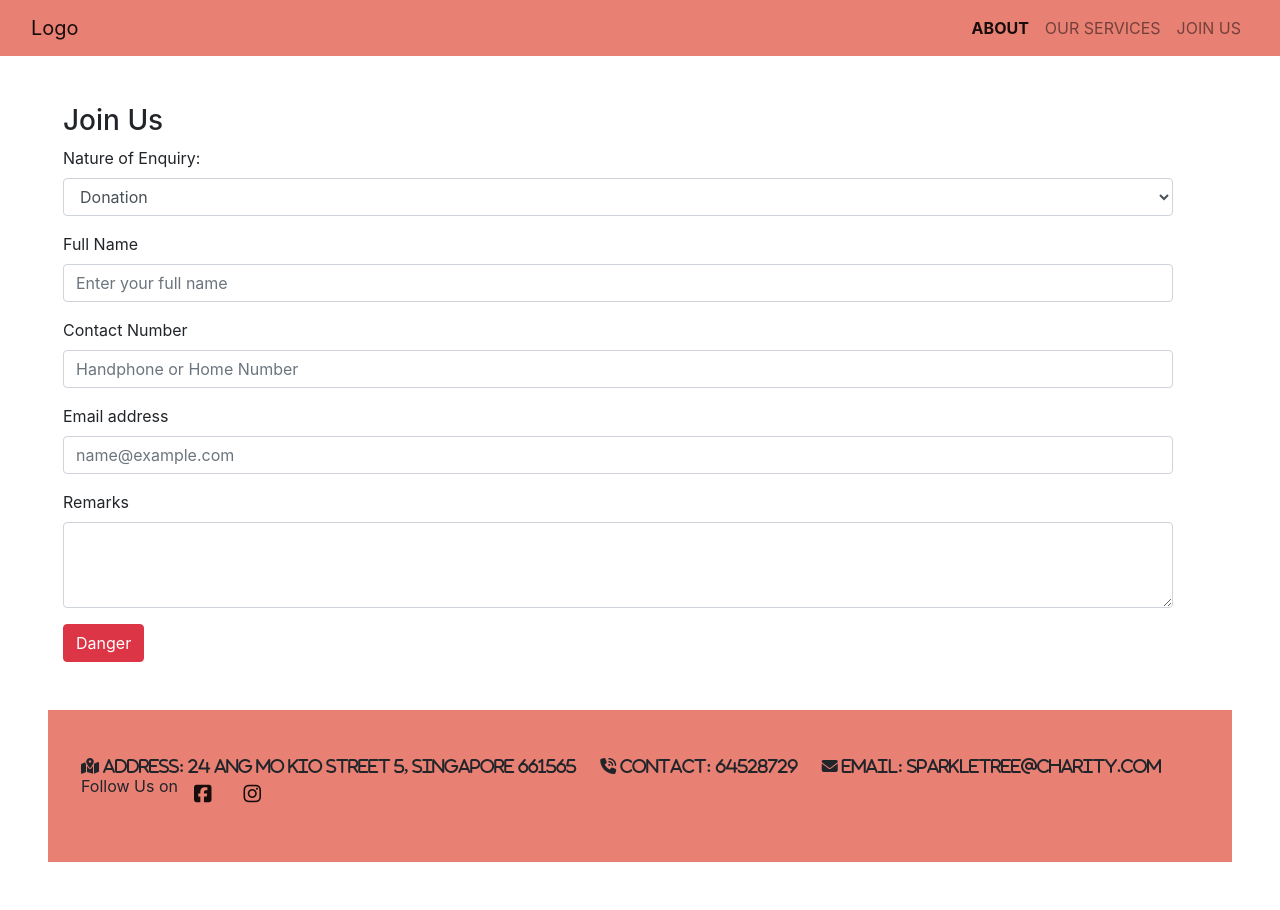
Repository: Code-Institute-Submissions/Jasonngyt-Project1
Page: enquiry.html
The author's editor kept a record of every edit. The page is drawn from the files as they stood at one moment, then again after the next edit.
The browser window is 1280 px wide. The pictures show the whole page.
Some web fonts or font styles are not loaded; a fallback is used. Some web libraries are served in a nearby version.

Above is the page before.

### enquiry.html
<!DOCTYPE html>
<html lang="en">
<head>
    <meta charset="UTF-8">
    <meta name="viewport" content="width=device-width, initial-scale=1.0">
    <meta http-equiv="X-UA-Compatible" content="ie=edge">
    <title>Donation/Volunteer</title>

    <!-- Bootsrap CSS -->
    <link rel="stylesheet" href="https://stackpath.bootstrapcdn.com/bootstrap/4.3.1/css/bootstrap.min.css" integrity="sha384-ggOyR0iXCbMQv3Xipma34MD+dH/1fQ784/j6cY/iJTQUOhcWr7x9JvoRxT2MZw1T" crossorigin="anonymous">

    <!-- Font Awesome -->
    <script src="https://kit.fontawesome.com/749eb0769b.js"></script>

    <!--Google Font -->
    <link href="https://fonts.googleapis.com/css?family=PT+Serif+Caption&display=swap" rel="stylesheet">

    <!-- mystyle.css -->
    <link rel="stylesheet" href="CSSstyle/mystyle.css" type="text/css"/>

</head>
<body>

    <!-- Navbar -->
    <nav class="navbar navbar-expand-md navbar-light sticky-top">
        <div class="container-fluid">
            <a class="navbar-brand" href="index.html">Logo</a>
            <button class="navbar-toggler" type="button" data-toggle="collapse" data-target="#navbarSupportedContent">
                <span class="navbar-toggler-icon"></span>
            </button>

            <div class="collapse navbar-collapse" id="navbarSupportedContent">
                <ul class="navbar-nav ml-auto">
                    <li class="nav-item active">
                        <a class="nav-link nav text-uppercase" href="index.html"><strong>About</strong><span class="sr-only">(current)</span></a>
                    </li>
                    <li class="nav-item">
                        <a class="nav-link text-uppercase" href="services.html">Our Services</a>
                    </li>
                    <li class="nav-item">
                        <a class="nav-link text-uppercase" href="enquiry.html" tabindex="-1">Join Us</a>
                    </li>
                </ul>
            </div>
        </div>
    </nav>

    <!-- Form -->
    <div class="container m-5">
        <div><h3> Join Us </h3></div>
        <form>
            <div class="form-group">
                <label for="EnquiryType">Nature of Enquiry: </label>
                <select class="form-control" id="EnquiryType">
                    <option>Donation</option>
                    <option>Volunter</option>
                    <option>General Enquiries</option>
                </select>
            </div>
            <div class="form-group">
                <label for="formName">Full Name</label>
                <input type="text" class="form-control" id="formName" placeholder="Enter your full name">
            </div>
             <div class="form-group">
                <label for="formContact">Contact Number</label>
                <input type="tel" class="form-control" id="formContact" placeholder="Handphone or Home Number">
            </div>
            <div class="form-group">
                <label for="formEmail">Email address</label>
                <input type="email" class="form-control" id="formEmail" placeholder="name@example.com">
            </div>
            <div class="form-group">
                <label for="formRemarks">Remarks</label>
                <textarea class="form-control" id="formRemarks" rows="3"></textarea>
            </div>
            <button type="button" class="btn btn-danger">Danger</button>
        </form>
    </div>

    <!-- Footer Navbar -->
    <nav class="navbar navbar-light justify-content-center p-5 m-5">
        <div class="row">
            <div class="fas fa-map-marked-alt pr-4"> Address: 24 Ang Mo Kio Street 5, Singapore 661565</div>
            <div class="fas fa-phone-volume pr-4"> Contact: 64528729</div>
            <div class="fas fa-envelope pr-4"> Email: sparkletree@charity.com </div>
            <p class="pr-3">Follow Us on </p>
            <a class="navbar-brand" href="#! pr-4"><i class="fab fa-facebook-square pr-3"></i></a>
            <a class="navbar-brand" href="#!"><i class="fab fa-instagram"></i></a>
        </div>
    </nav>

    <!- Bootstrap Javascript -->
    <script src="https://code.jquery.com/jquery-3.3.1.slim.min.js" integrity="sha384-q8i/X+965DzO0rT7abK41JStQIAqVgRVzpbzo5smXKp4YfRvH+8abtTE1Pi6jizo" crossorigin="anonymous"></script>
    <script src="https://cdnjs.cloudflare.com/ajax/libs/popper.js/1.14.7/umd/popper.min.js" integrity="sha384-UO2eT0CpHqdSJQ6hJty5KVphtPhzWj9WO1clHTMGa3JDZwrnQq4sF86dIHNDz0W1" crossorigin="anonymous"></script>
    <script src="https://stackpath.bootstrapcdn.com/bootstrap/4.3.1/js/bootstrap.min.js" integrity="sha384-JjSmVgyd0p3pXB1rRibZUAYoIIy6OrQ6VrjIEaFf/nJGzIxFDsf4x0xIM+B07jRM" crossorigin="anonymous"></script>
</body>
</html>

### CSSstyle/mystyle.css
.navbar{
    background-color: #E98074;
}
.nav {
    text-transform: uppercase
}

.about_font {
    font-family: 'PT Serif Caption', serif;
}

.about{
    background-color: #EAE7DC;
    padding: 0px;
    margin: 0px;
}

.about_bg {
    position: relative;
    background-image: url("../image/superchild.jpg");
    padding: 0%;
    width: 100%;
    height: 80vh;
    background-position: center;
    background-repeat: no-repeat;
    background-size: cover;
}

.statistic {
    height: 150px;
    background-color: #E85A4F;
    margin: 20px;
    color: white;
    padding: 20px;
}

.services {
    border: 3px #E85A4F solid;
    background-color: #E85A4F;
    color: white;
}

.services_border {
    border: 1px #E85A4F solid;
}

After the next edit:
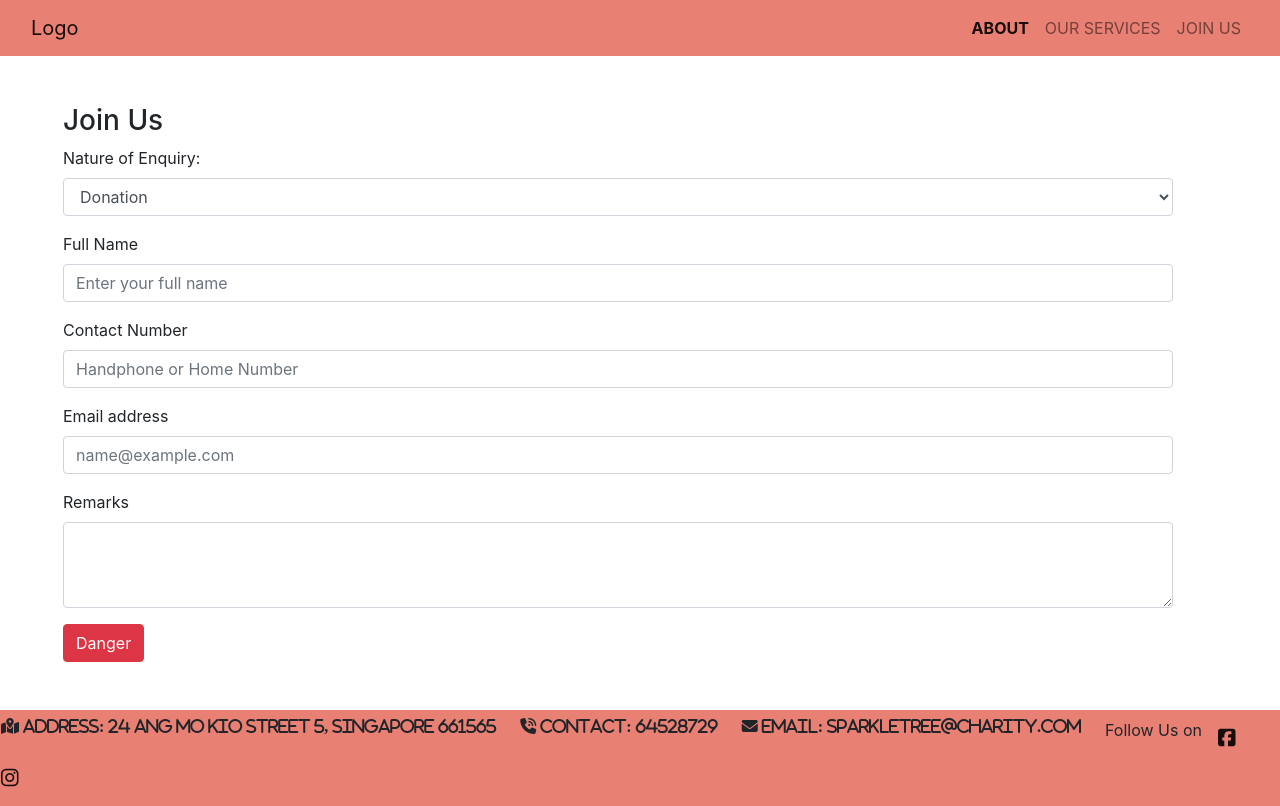
The edit:
--- a/enquiry.html
+++ b/enquiry.html
@@ -78,7 +78,7 @@
     </div>
 
     <!-- Footer Navbar -->
-    <nav class="navbar navbar-light justify-content-center p-5 m-5">
+    <nav class="navbar navbar-light justify-content-center">
         <div class="row">
             <div class="fas fa-map-marked-alt pr-4"> Address: 24 Ang Mo Kio Street 5, Singapore 661565</div>
             <div class="fas fa-phone-volume pr-4"> Contact: 64528729</div>
